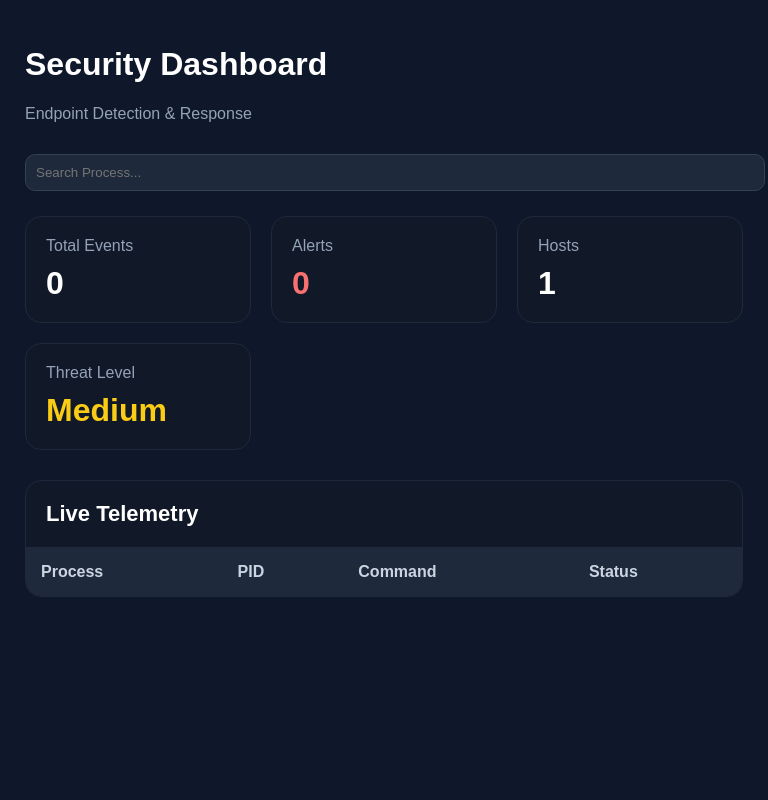
Repository: Mohitkumar1322/ShadowOne-EDR
Page: / (app in mini-edr/dashboard/)
The author's editor kept a copy of each file at every save. The page is drawn from the files as they stood at one save, then again after the next save.
The browser window is 768 px wide. The pictures show the whole page.
The page's requests for data from a server got no answer. The project was rebuilt for these pictures with package versions that can differ from the ones it lists, and the page was loaded fresh each time. No one was signed in, and anything a server would have sent is missing.

Above is the page before, as saved 2026-05-27 11:40:47.

### mini-edr/dashboard/src/App.js
import { useEffect, useState } from "react";
import axios from "axios";

import "./styles.css";

function App() {

  const [events, setEvents] = useState([]);
  const [search, setSearch] = useState("");

  useEffect(() => {

    fetchTelemetry();

    const interval = setInterval(() => {
      fetchTelemetry();
    }, 5000);

    return () => clearInterval(interval);

  }, []);

  const fetchTelemetry = async () => {

    try {

      const response = await axios.get(
        "http://127.0.0.1:8000/telemetry"
      );

      setEvents(response.data);

    } catch (error) {

      console.log(error);

    }
  };

  const filteredEvents = events.filter((event) =>
    event.process_name?.toLowerCase().includes(search.toLowerCase())
  );

  const alertCount = events.filter(event => event.alert).length;

  return (

    <div className="app">

      {/* SIDEBAR */}

      <div className="sidebar">

        <div className="logo">
          Mini EDR
        </div>

        <div className="sidebar-menu">

          <div>Dashboard</div>
          <div>Telemetry</div>
          <div>Alerts</div>
          <div>Hosts</div>

        </div>

      </div>

      {/* MAIN */}

      <div className="main">

        <div className="topbar">

          <div>

            <h1>Security Dashboard</h1>

            <p style={{ color: "#94a3b8" }}>
              Endpoint Detection & Response
            </p>

          </div>

          <input
            type="text"
            placeholder="Search Process..."
            className="search-box"
            value={search}
            onChange={(e) => setSearch(e.target.value)}
          />

        </div>

        {/* STATS */}

        <div className="stats-grid">

          <div className="stat-card">

            <div className="stat-title">
              Total Events
            </div>

            <div className="stat-value">
              {events.length}
            </div>

          </div>

          <div className="stat-card">

            <div className="stat-title">
              Alerts
            </div>

            <div className="stat-value" style={{ color: "#f87171" }}>
              {alertCount}
            </div>

          </div>

          <div className="stat-card">

            <div className="stat-title">
              Hosts
            </div>

            <div className="stat-value">
              1
            </div>

          </div>

          <div className="stat-card">

            <div className="stat-title">
              Threat Level
            </div>

            <div className="stat-value" style={{ color: "#facc15" }}>
              Medium
            </div>

          </div>

        </div>

        {/* TABLE */}

        <div className="table-container">

          <div className="table-header">
            Live Telemetry
          </div>

          <table>

            <thead>

              <tr>

                <th>Process</th>
                <th>PID</th>
                <th>Command</th>
                <th>Status</th>

              </tr>

            </thead>

            <tbody>

              {filteredEvents.slice().reverse().map((event, index) => (

                <tr key={index}>

                  <td>{event.process_name}</td>

                  <td>{event.pid}</td>

                  <td className="command">
                    {event.cmdline}
                  </td>

                  <td>

                    {event.alert ? (

                      <span className="alert">
                        ALERT
                      </span>

                    ) : (

                      <span className="safe">
                        SAFE
                      </span>

                    )}

                  </td>

                </tr>

              ))}

            </tbody>

          </table>

        </div>

      </div>

    </div>
  );
}

export default App;

### mini-edr/dashboard/src/styles.css
body {
  margin: 0;
  background-color: #0f172a;
  color: white;
  font-family: Arial, sans-serif;
}

.app {
  display: flex;
  min-height: 100vh;
}

/* SIDEBAR */

.sidebar {
  width: 240px;
  background-color: #111827;
  border-right: 1px solid #1e293b;
  padding: 20px;
}

.logo {
  font-size: 28px;
  font-weight: bold;
  margin-bottom: 40px;
  color: #4ade80;
}

.sidebar-menu {
  display: flex;
  flex-direction: column;
  gap: 20px;
}

.sidebar-menu div {
  cursor: pointer;
  color: #cbd5e1;
  transition: 0.3s;
}

.sidebar-menu div:hover {
  color: #4ade80;
}

/* MAIN */

.main {
  flex: 1;
  padding: 25px;
}

.topbar {
  display: flex;
  justify-content: space-between;
  align-items: center;
  margin-bottom: 25px;
}

.search-box {
  padding: 10px;
  width: 250px;
  background-color: #1e293b;
  border: 1px solid #334155;
  border-radius: 10px;
  color: white;
  outline: none;
}

/* STATS */

.stats-grid {
  display: grid;
  grid-template-columns: repeat(auto-fit, minmax(220px, 1fr));
  gap: 20px;
  margin-bottom: 30px;
}

.stat-card {
  background-color: #111827;
  border: 1px solid #1e293b;
  padding: 20px;
  border-radius: 16px;
}

.stat-title {
  color: #94a3b8;
  margin-bottom: 10px;
}

.stat-value {
  font-size: 32px;
  font-weight: bold;
}

/* TABLE */

.table-container {
  background-color: #111827;
  border-radius: 16px;
  overflow: hidden;
  border: 1px solid #1e293b;
}

.table-header {
  padding: 20px;
  border-bottom: 1px solid #1e293b;
  font-size: 22px;
  font-weight: bold;
}

table {
  width: 100%;
  border-collapse: collapse;
}

thead {
  background-color: #1e293b;
}

th {
  text-align: left;
  padding: 15px;
  color: #cbd5e1;
}

td {
  padding: 15px;
  border-bottom: 1px solid #1e293b;
}

tr:hover {
  background-color: #1e293b;
}

.command {
  color: #94a3b8;
}

/* STATUS */

.safe {
  background-color: rgba(34, 197, 94, 0.2);
  color: #4ade80;
  padding: 6px 14px;
  border-radius: 20px;
  font-size: 14px;
}

.alert {
  background-color: rgba(239, 68, 68, 0.2);
  color: #f87171;
  padding: 6px 14px;
  border-radius: 20px;
  font-size: 14px;
}

/* RESPONSIVE */

@media (max-width: 768px) {

  .sidebar {
    display: none;
  }

  .topbar {
    flex-direction: column;
    align-items: flex-start;
    gap: 15px;
  }

  .search-box {
    width: 100%;
  }

}

Loaded but not shown: mini-edr/dashboard/public/index.html (common file); mini-edr/dashboard/src/index.js (common file); mini-edr/dashboard/src/index.css (common file); mini-edr/dashboard/src/reportWebVitals.js (common file)

After the next save:
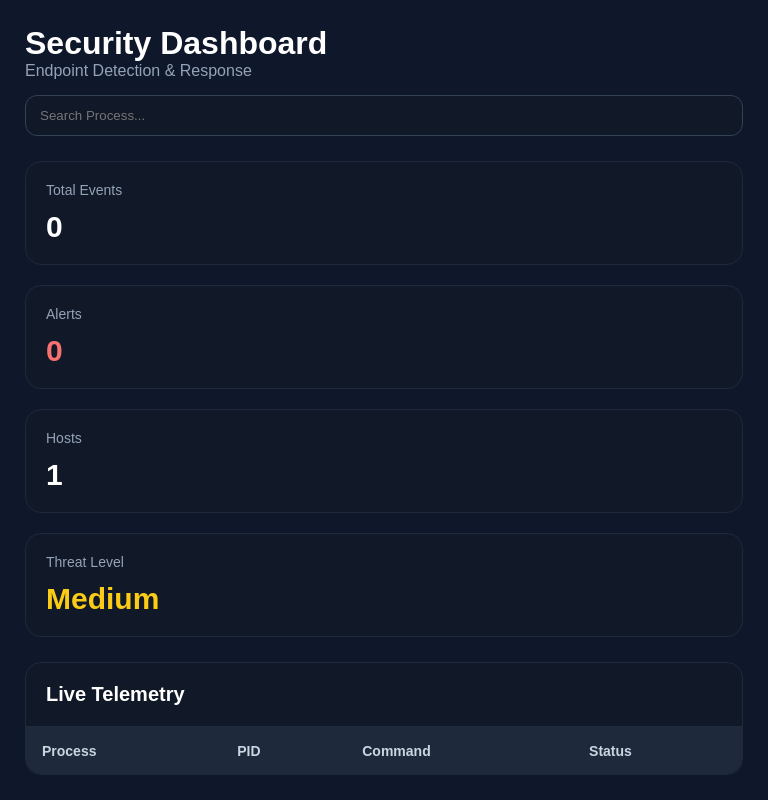
Saved 2 min 2 s later.
--- a/mini-edr/dashboard/src/styles.css
+++ b/mini-edr/dashboard/src/styles.css
@@ -1,13 +1,20 @@
+* {
+  margin: 0;
+  padding: 0;
+  box-sizing: border-box;
+}
+
 body {
-  margin: 0;
   background-color: #0f172a;
   color: white;
   font-family: Arial, sans-serif;
+  overflow: hidden;
 }
 
 .app {
   display: flex;
-  min-height: 100vh;
+  height: 100vh;
+  width: 100vw;
 }
 
 /* SIDEBAR */
@@ -16,29 +23,35 @@ body {
   width: 240px;
   background-color: #111827;
   border-right: 1px solid #1e293b;
-  padding: 20px;
+  padding: 25px 20px;
+  display: flex;
+  flex-direction: column;
+  justify-content: flex-start;
 }
 
 .logo {
   font-size: 28px;
   font-weight: bold;
-  margin-bottom: 40px;
   color: #4ade80;
+  margin-bottom: 50px;
 }
 
 .sidebar-menu {
   display: flex;
   flex-direction: column;
-  gap: 20px;
-}
-
-.sidebar-menu div {
+  gap: 10px;
+}
+
+.sidebar-item {
+  padding: 14px 16px;
+  border-radius: 10px;
   cursor: pointer;
   color: #cbd5e1;
   transition: 0.3s;
 }
 
-.sidebar-menu div:hover {
+.sidebar-item:hover {
+  background-color: #1e293b;
   color: #4ade80;
 }
 
@@ -47,7 +60,12 @@ body {
 .main {
   flex: 1;
   padding: 25px;
-}
+  display: flex;
+  flex-direction: column;
+  overflow: hidden;
+}
+
+/* TOPBAR */
 
 .topbar {
   display: flex;
@@ -56,12 +74,21 @@ body {
   margin-bottom: 25px;
 }
 
+.dashboard-title h1 {
+  font-size: 32px;
+  margin-bottom: 5px;
+}
+
+.dashboard-title p {
+  color: #94a3b8;
+}
+
 .search-box {
-  padding: 10px;
-  width: 250px;
-  background-color: #1e293b;
+  padding: 12px 14px;
+  width: 260px;
+  background-color: #111827;
   border: 1px solid #334155;
-  border-radius: 10px;
+  border-radius: 12px;
   color: white;
   outline: none;
 }
@@ -70,9 +97,9 @@ body {
 
 .stats-grid {
   display: grid;
-  grid-template-columns: repeat(auto-fit, minmax(220px, 1fr));
+  grid-template-columns: repeat(4, 1fr);
   gap: 20px;
-  margin-bottom: 30px;
+  margin-bottom: 25px;
 }
 
 .stat-card {
@@ -84,29 +111,57 @@ body {
 
 .stat-title {
   color: #94a3b8;
-  margin-bottom: 10px;
+  margin-bottom: 12px;
+  font-size: 14px;
 }
 
 .stat-value {
-  font-size: 32px;
+  font-size: 30px;
   font-weight: bold;
 }
 
-/* TABLE */
+/* TABLE SECTION */
 
 .table-container {
   background-color: #111827;
+  border: 1px solid #1e293b;
   border-radius: 16px;
-  overflow: hidden;
-  border: 1px solid #1e293b;
+  display: flex;
+  flex-direction: column;
+  flex: 1;
+  overflow: hidden;
 }
 
 .table-header {
   padding: 20px;
   border-bottom: 1px solid #1e293b;
-  font-size: 22px;
+  font-size: 20px;
   font-weight: bold;
 }
+
+/* ONLY TABLE SCROLLS */
+
+.table-scroll {
+  overflow-y: auto;
+  flex: 1;
+}
+
+/* CUSTOM SCROLLBAR */
+
+.table-scroll::-webkit-scrollbar {
+  width: 8px;
+}
+
+.table-scroll::-webkit-scrollbar-track {
+  background: #111827;
+}
+
+.table-scroll::-webkit-scrollbar-thumb {
+  background: #334155;
+  border-radius: 20px;
+}
+
+/* TABLE */
 
 table {
   width: 100%;
@@ -115,17 +170,21 @@ table {
 
 thead {
   background-color: #1e293b;
+  position: sticky;
+  top: 0;
 }
 
 th {
   text-align: left;
-  padding: 15px;
+  padding: 16px;
   color: #cbd5e1;
+  font-size: 14px;
 }
 
 td {
-  padding: 15px;
+  padding: 16px;
   border-bottom: 1px solid #1e293b;
+  font-size: 14px;
 }
 
 tr:hover {
@@ -134,6 +193,10 @@ tr:hover {
 
 .command {
   color: #94a3b8;
+  max-width: 500px;
+  overflow: hidden;
+  text-overflow: ellipsis;
+  white-space: nowrap;
 }
 
 /* STATUS */
@@ -143,7 +206,7 @@ tr:hover {
   color: #4ade80;
   padding: 6px 14px;
   border-radius: 20px;
-  font-size: 14px;
+  font-size: 13px;
 }
 
 .alert {
@@ -151,15 +214,27 @@ tr:hover {
   color: #f87171;
   padding: 6px 14px;
   border-radius: 20px;
-  font-size: 14px;
+  font-size: 13px;
 }
 
 /* RESPONSIVE */
+
+@media (max-width: 1100px) {
+
+  .stats-grid {
+    grid-template-columns: repeat(2, 1fr);
+  }
+
+}
 
 @media (max-width: 768px) {
 
   .sidebar {
     display: none;
+  }
+
+  .stats-grid {
+    grid-template-columns: 1fr;
   }
 
   .topbar {
